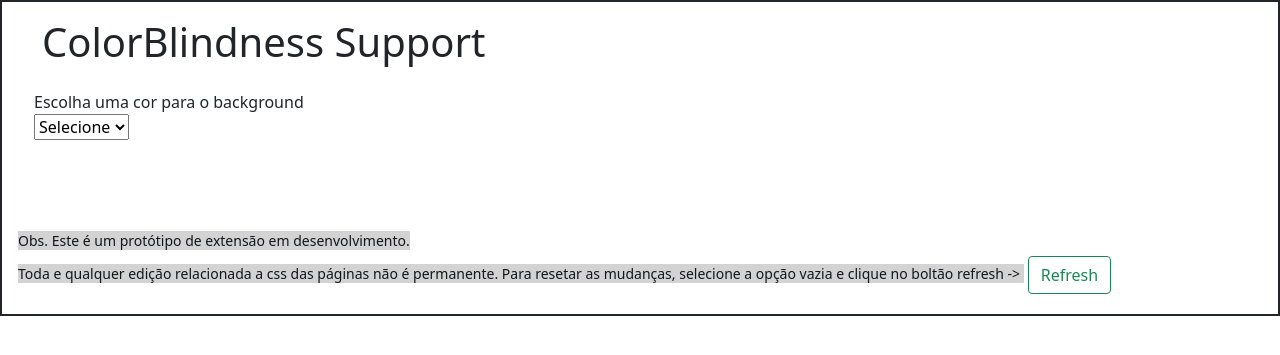
Repository: pedrosiqueira/daltonchrome
Page: popup.html
The author's editor kept a copy of each file at every save. The page is drawn from the files as they stood at one save, then again after the next save.
The browser window is 1280 px wide. The pictures show the whole page.

Above is the page before, as saved 2022-06-20 19:55:32.

After the next save:
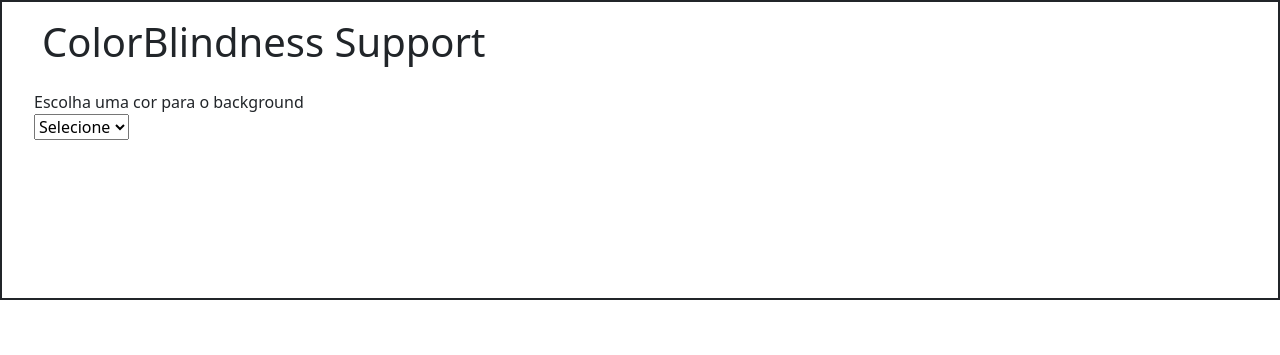
Saved 3 min 11 s later.
--- a/popup.html
+++ b/popup.html
@@ -31,13 +31,6 @@
             <option value="blue">Azul</option>
         </select>
     </div>
-    <br> <br><br>
-    <alert id="alert" class="alert-dark form-text">Obs. Este é um protótipo de extensão em desenvolvimento.<br>
-    Toda e qualquer edição relacionada a css das páginas não é permanente. Para resetar as mudanças, selecione a opção vazia e clique no boltão refresh ->
-    </alert>
-    <button id="refresh" class="btn btn-outline-success m-1"type="button">
-    Refresh
-    </button>
 
     <script src="js/vendor/jquery-3.6.0.min.js"></script>
     <script src="js/vendor/bootstrap.bundle.min.js"></script>
